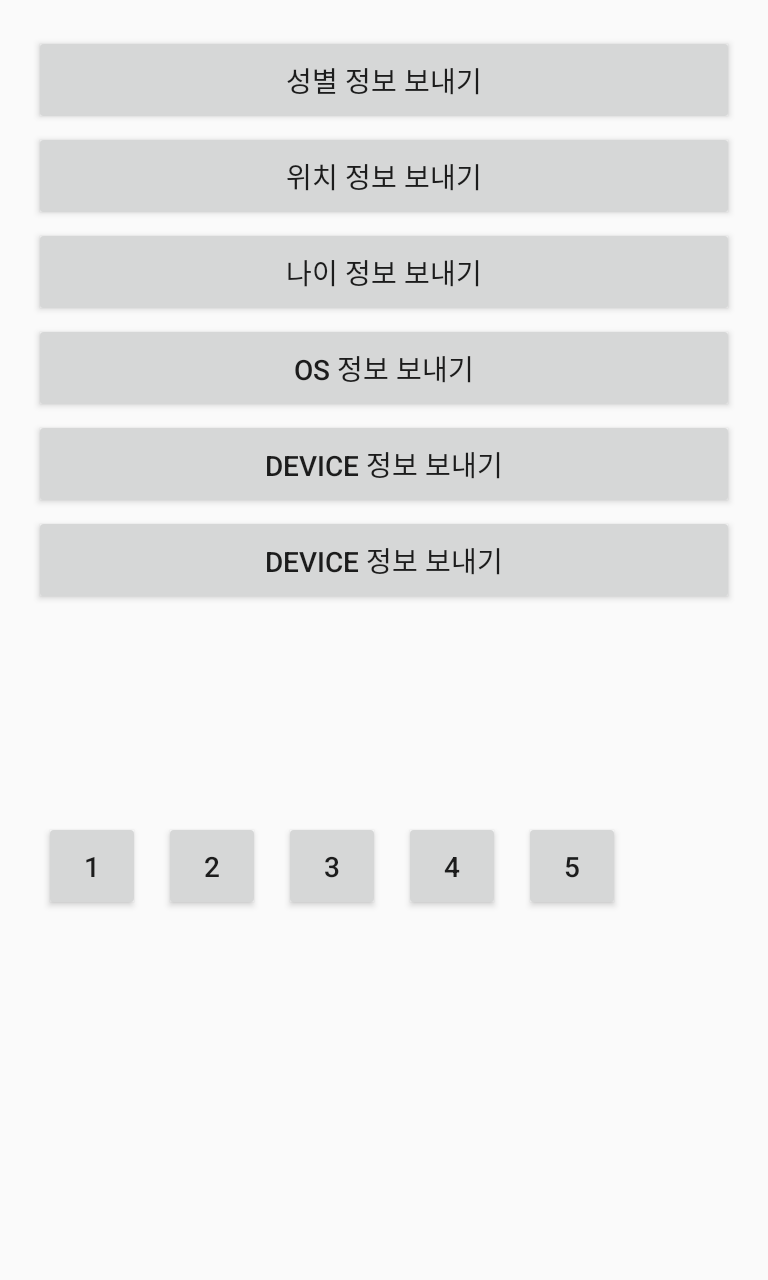
Repository: Jeonilju/rap
Layout: Android/RAP/res/layout/activity_rap__main.xml
These files come from the project's save history. The layout is drawn as it stood at one moment and after the next save; the edit follows.
It is drawn on a 768 x 1280 px phone screen (xhdpi) without system bars, with theme AppTheme; the app's code is not run.

Above is the layout before, as saved 2015-07-12 03:11:24.

After the next save:
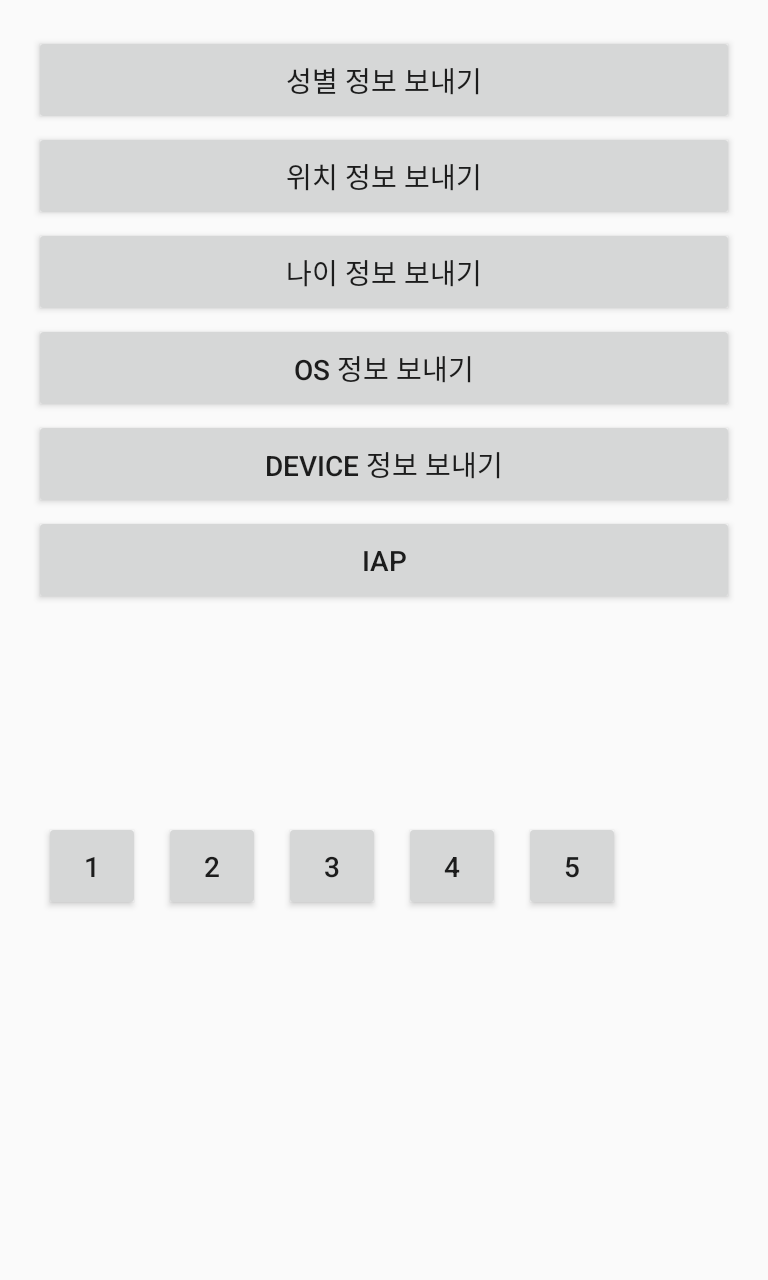
Saved 6 s later.
--- a/Android/RAP/res/layout/activity_rap__main.xml
+++ b/Android/RAP/res/layout/activity_rap__main.xml
@@ -43,7 +43,7 @@
         android:id="@+id/iap_btn"
         android:layout_width="fill_parent"
         android:layout_height="wrap_content"
-        android:text="Device 정보 보내기"/>
+        android:text="IAP"/>
 
     <LinearLayout
         android:layout_marginTop="100dp"
